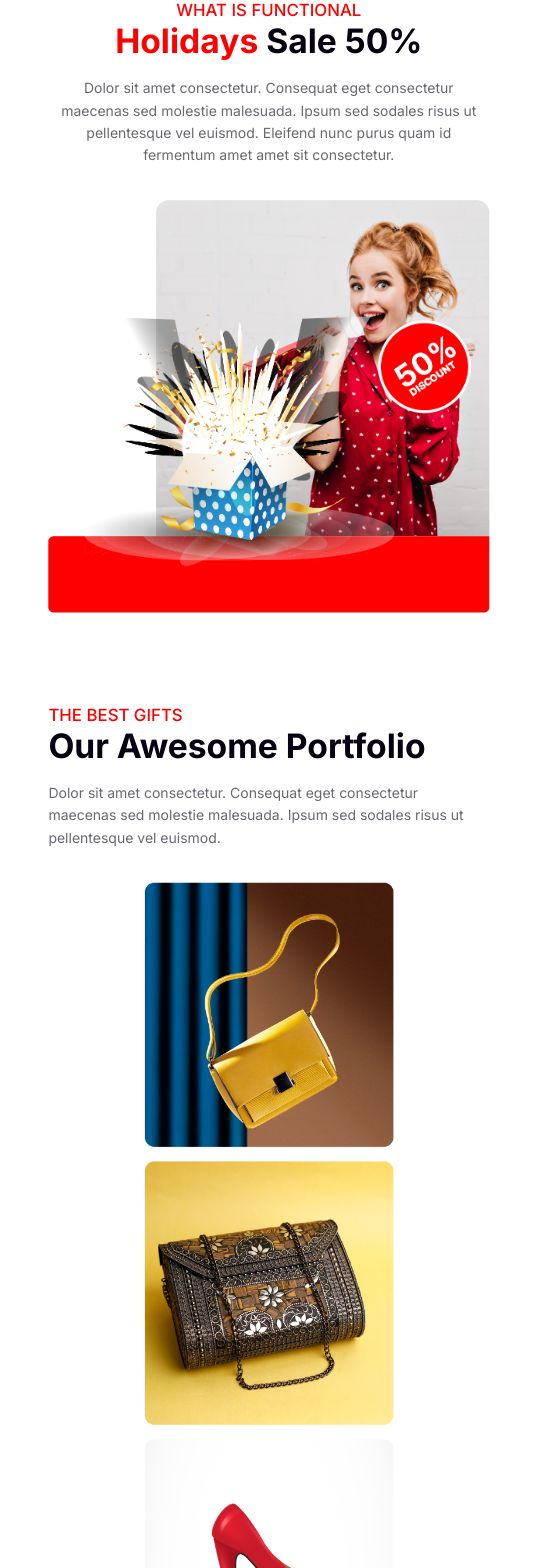
Repository: ShouravAhammed/simple-responsive-new-year
Page: index.html
These files come from the project's save history. The page is drawn as it stood at one moment and after the next save; the edit follows.
The browser window is 768 px wide. The pictures show the part of the page from y = 0 to 2240 px (the page is 5180 px tall before and 5500 px after), at 70% of full size.

Above is the page before, as saved 2024-01-11 18:21:13.

### index.html
<!DOCTYPE html>
<html lang="en">
<head>
    <meta charset="UTF-8">
    <meta name="viewport" content="width=device-width, initial-scale=1.0">
    <!-- Title  -->
    <title>New Year 2024</title>
    <!-- favicon icon linked -->
    <link rel="shortcut icon" href="images/New Year Photo.png" type="image/x-icon">
    <!-- style css linked-->
    <link rel="stylesheet" href="Style/style.css">
</head>
<body>
    <!-- header part  -->
    <header class="hide">
        <!-- banner section part -->
        <section id="banner">
            <div class="container">
                <div class="banner-container">
                    <div class="banner-content">
                        <h3 class="celebration">Happy New Year</h3>
                        <h2 class="banner-title">New Year Party Celebration</h2>
                    </div>
                </div>
            </div>
        </section>
    </header>
    <!-- main part -->
    <main>
        <!-- categories section part  -->
            <section id="categories hide" class="hide">
                <div class="container">
                    <div class="categories-container">
                        <h2 class="categories-discount">65% OFF</h2>
                        <p class="primary-summery">OUR HOLIDAY DEALS ARE BETTER</p>
                        <h3 class="categories-title">ALL CATEGORIES</h3>
                        <div class="categories-img">
                            <img id="new-year-img" src="images/New Year Photo.png" alt="Happy New Year">
                        </div>
                    </div>
                </div>
            </section>

            <!-- party-banner section part -->
            <section id="party-banner" class="hide">
                <div class="container">
                    <div class="party-container">
                        <div class="party-content">
                            <h2 class="party-title">Welcome to midnight party</h2>
                            <p class="party-description">Dolor sit amet consectetur. Consequat eget consectetur maecenas sed molestie malesuada. Ipsum sed sodales risus ut pellentesque vel euismod. </p>
                            <button id="join-now-btn">JOIN NOW</button>
                        </div>
                        <img class="party-img" src="images/icon/Group 70.png" alt="party-img">
                    </div>
                </div>
            </section>
            <!-- Announce section part -->
            <section id="announce" class="hide">
                <div class="container">
                    <div class="announce-content">
                        <h4 class="announce-title"><span class="title-color">Place:</span> New Park Hotel</h4>
                        <h4 class="announce-title"><span class="title-color">Date:</span> 31 December Night 2023</h4>
                        <h4 class="announce-title"><span class="title-color">Time:</span> Evening 7.30 pm to 12.30 am</h4>
                        <button class="announce-btn">Join Now</button>
                    </div>
                </div>
            </section>
            <!-- best offer section part -->
            <section id="best-offer" class="hide">
                <div class="container">
                    <div class="best-offer-container">
                        <div class="best-offer-content">
                            <p class="primary-summery">NEW BEST OFFER</p>
                            <h3 class="similer-title">Coming Soon</h3>
                            <p class="similer-description">Dolor sit amet consectetur. Consequat eget consectetur maecenas sed molestie malesuada. Ipsum sed sodales risus ut pellentesque vel euismod. </p>
                        </div>
                        <div class="best-offer-img-content">

                                <img class="best-offer-img" src="images/Ellipse 1.png" alt="best-offer-images">

                        </div>
                        <div class="best-offer-year-content">
                            <h3 class="best-offer-year">2024</h3>
                            <p class="best-offer-description">Dolor sit amet consectetur. Consequat eget consectetur maecenas sed.</p>
                            <img class="best-offer-year-img" src="images/icon/Group 96.png" alt="best-offer-year-img">
                        </div>
                    </div>
                </div>
            </section>
            <!-- holiday section part  -->
            <section id="holiday">
                <div class="container">
                    <div class="holiday-container">
                        <div class="holiday-content">
                            <p class="primary-summery">WHAT IS FUNCTIONAL</p>
                        <h3 class="similer-title"><span class="title-color">Holidays</span> Sale 50%</h3>
                        <p class="similer-description">Dolor sit amet consectetur. Consequat eget consectetur maecenas sed molestie malesuada. Ipsum sed
                            sodales risus ut pellentesque vel euismod. Eleifend nunc purus quam id
                            fermentum amet amet sit consectetur.</p>
                        </div>
                        <div class="holiday-back-img">
                            <div class="holiday-gift-content">
                                <img src="images/icon/Group 75.png" alt="">
                            </div>
                            <div class="holiday-discount-content">
                                <img src="images/icon/Group 44.png" alt="">
                            </div>
                        </div>
                        <div class="holiday-bottom">
                            <img src="images/Rectangle 2.png" alt="">
                        </div>
                    </div>
                </div>
            </section>
            <!-- Portfolio section part -->

            <section id="portfolio">
                <div class="container">
                    <div class="portfolio-container">
                        <div class="portfolio-box">
                            <p class="primary-summery">THE BEST GIFTS</p>
                            <h3 class="similer-title">Our Awesome Portfolio</h3>
                            <p class="similer-description description-padd">Dolor sit amet consectetur. Consequat eget consectetur maecenas sed molestie malesuada. Ipsum sed sodales risus ut pellentesque vel euismod. </p>
                        </div>
                            <div class="portfolio-content">
                                <img class="portfolio-img" src="images/Portfolio images/Rectangle 3.png" alt="">
                                <img class="portfolio-img" src="images/Portfolio images/Rectangle 4.png" alt="">
                                <img class="portfolio-img" src="images/Portfolio images/Rectangle 5.png" alt="">
                            </div>
                            <div class="portfolio-content">
                                <img class="portfolio-img" src="images/Portfolio images/Rectangle 6.png" alt="">
                                <img class="portfolio-img" src="images/Portfolio images/Rectangle 7.png" alt="">
                                <img class="portfolio-img" src="images/Portfolio images/Rectangle 8.png" alt="">
                            </div>
                        </div>
                    </div>
            </section>
            <!-- newsletter section part -->
            <section id="newsletter">
                <div class="container">
                    <div class="news-container">
                        <div class="news-content">
                            <img src="images/icon/Group 61.png" alt="">
                            <h3 class="similer-title">Subscribe Newsletter</h3>
                            <p class="similer-description description-mar">Dolor sit amet consectetur. Consequat eget consectetur maecenas sed molestie malesuada. Ipsum sed sodales risus ut pellentesque vel euismod. </p>
                            <form class="form" action="">
                                <input type="email" placeholder="user@gmail.com" alt="email" id="">
                                <button class="subscribe-btn">Subscribe</button>
                            </form>
                        </div>

                    </div>
                </div>
            </section>
    </main>
    <!--  footer part -->
    <footer>
        <section id="footer">
            <div class="container">
                <div class="footer-describe-part line-color">
                    <div class="footer-address">
                        <p class="address-similer">44, Big Building Roosevelt Street</p>
                        <p class="address-similer">Beach Gardens Florida 33410</p>
                    </div>
                    <div class="footer-address">
                        <div class="call-icon">
                            <img src="images/icon/Call.png" alt="">
                            <a class="address-similer">+00 123 584 124</a>
                        </div>
                        <div class="website-icon">
                            <img src="images/icon/Website.png" alt="">
                            <a class="address-similer">www.website.com</a>
                        </div>
                    </div>
                </div>

                <div class="footer-social line-color">
                    <a href=""><img src="images/icon/Facebook.png" alt=""></a>
                    <a href=""><img src="images/icon/Instagram.png" alt=""></a>
                    <a href=""><img src="images/icon/Twitter.png" alt=""></a>
                    <a href=""><img src="images/icon/Linkedin.png" alt=""></a>
                </div>

                <div class="reserved">
                    <p>2017, All Rights Reserved.</p>
                    <p>Unsubscribe</p>
                </div>
            </div>
        </section>
    </footer>
</body>
</html>

### Style/style.css
/* import google fonts */
@import url('https://fonts.googleapis.com/css2?family=Inter:wght@100;200;300;400;500;600;700;800;900&family=Merriweather:ital,wght@0,300;0,400;0,700;0,900;1,300;1,400;1,700;1,900&display=swap');

*{
    margin: 0;
    padding: 0;
    outline: 0;
}

.container{
    width: 82%;
    margin: 0 auto;
}
/* primary content */
.primary-summery{
    font-family: Inter;
    font-size: 24px;
    font-style: normal;
    font-weight: 500;
    color: #F00;
    line-height: normal;
}
/* title-color */
.title-color{
    color: #F00;
}
/* banner section related css style */
#banner{
    margin-top: 30px;
}
.banner-container{
    background-image: linear-gradient(180deg, #070211 0%, rgba(7, 2, 17, 0.00) 100%), url(../images/Banner\ Image.png);
    background-size: cover;
    background-repeat: no-repeat;
    background-position: center;
    border-radius: 16px;
    padding: 177px 0px;
}
.banner-container .banner-content{
    width: 632px;
    margin: 0 auto;
}
.banner-container .banner-content .celebration{
    color: #FFF;
    text-align: center;
    font-family: Merriweather;
    font-size: 32px;
    font-style: normal;
    font-weight: 400;
    line-height: normal;
    margin-bottom: 16px;
    z-index: 99;
}
.banner-container .banner-content .banner-title{
    color: #FFF;
    text-align: center;
    font-family: Merriweather;
    font-size: 72px;
    font-style: normal;
    font-weight: 900;
    line-height: 95px;
}
/* categories section related css style */

#categories{
    margin: 120px 0px;
}
.categories-container{
    text-align: center;
}
.categories-container .categories-discount{
    font-family: Inter;
    font-size: 88px;
    font-style: normal;
    font-weight: 700;
    color: #F00;
    line-height: normal;
    margin-bottom: 48px;
}

.categories-title{
    font-family: Inter;
    font-size: 48px;
    font-style: normal;
    font-weight: 700;
    color: #070211;
    line-height: normal;
    margin-bottom: 48px;
}
.categories-container .categories-img{
    width: 800px;
    margin: 0 auto;
}
.categories-img #new-year-img{
    max-width: 100%;
}

/* party-banner section css style  */
#party-banner{

}
.party-container{
    background-image: linear-gradient(90deg, #070211 0%, rgba(7, 2, 17, 0.00) 100%), url(../images/Vectorrr.png);
    background-position: center;
    background-repeat: no-repeat;
    background-size: cover;
    display: flex;
    align-items: center;
    justify-content: space-between;
    border-radius: 16px;
    padding: 70px 70px;
}
.party-container .party-content{
    width: 900px;
}
.party-content .party-title{
    font-family: Merriweather;
    font-size: 64px;
    font-style: normal;
    font-weight: 900;
    color: #FFF;
    line-height: 88px;
    letter-spacing: 3px;
}
.party-content .party-description{
    font-family: Inter;
    font-size: 18px;
    font-style: normal;
    font-weight: 400;
    color: rgba(255, 255, 255, 0.80);
    line-height: 30px;
    margin-top: 20px;
}
#join-now-btn{
    font-family: Inter;
    font-size: 20px;
    font-style: normal;
    font-weight: 700;
    color: #FFF;
    background: transparent;
    line-height: normal;
    text-transform: uppercase;
    border: none;
    cursor: pointer;
    margin-top: 48px;
    margin-left: 32px;
}
.party-container .party-img{
    width: 270px;
    max-width: 100%;
}

/* Announce section css style */

#announce{
    margin: 120px 0px;
}
.announce-content{
    background: linear-gradient(180deg, rgba(255, 0, 0, 0.10) 0%, rgba(255, 0, 0, 0.00) 100%);
    padding: 100px 0;
    text-align: center;
}
.announce-content .announce-title{
    color: #070211;
    font-family: Inter;
    font-size: 32px;
    font-style: normal;
    font-weight: 600;
    line-height: 56px;
    text-transform: capitalize;
}
.announce-btn{
    font-family: Inter;
    font-size: 20px;
    font-style: normal;
    font-weight: 700;
    line-height: normal;
    color: #FFF;
    text-align: center;
    text-transform: uppercase;
    border-radius: 8px;
    background: #F00;
    padding: 16px 32px;
    border: none;
    cursor: pointer;
    transition: all ease 0.5s;
    margin-top: 48px;
}
.announce-btn:hover{
    background: #fff;
    color: #f00;
    outline: 1px solid #F00;
}
/* best-offer section style css */
#best-offer{
    margin-bottom: 128px;
}
.similer-title{
    font-family: Inter;
    font-size: 48px;
    font-style: normal;
    font-weight: 700;
    color: #070211;
    line-height: normal;
}
.similer-description{
    font-family: Inter;
    font-size: 20px;
    font-style: normal;
    font-weight: 400;
    color: rgba(7, 2, 17, 0.60);
    line-height: 32px;
    margin-top: 22px;
}
.best-offer-container{
    display: flex;
    align-items: center;
    gap: 20px;
}
.best-offer-content{
    width: 700px;
}
.best-offer-img-content{
    min-height: 350px;
    min-width: 350px;
    border: 15px solid #f00;
    border-radius: 50%;
    position: relative;
    position: relative;
}
.best-offer-img-content .best-offer-img{
    position: absolute;
    width: 270px;
    inset: 41px;
}
.best-offer-year-content .best-offer-year{
    font-family: Inter;
    font-size: 48px;
    font-style: normal;
    font-weight: 700;
    color: #F00;
    line-height: normal;
    margin-top: 65px;
}
.best-offer-year-content .best-offer-description{
    margin-top: 10px !important;

}
.best-offer-year-content{
    width: 500px;
}
.best-offer-year-content .best-offer-year-img{
    max-width: 140px;
    margin-top: 38px;
}


/*  portfolio section css style */
.portfolio-container{

}
.portfolio-container .description-padd{
    margin-bottom: 48px ;
}
.portfolio-container .portfolio-content{
    display: flex;
    align-items: center;
    justify-content: space-between;
    margin-top: 20px;
}
.portfolio-box{
    width: 896px;
}
.portfolio-container .portfolio-content .portfolio-img{
    max-width: 355px;
    transition: all ease 0.5s;
}
.portfolio-content .portfolio-img:hover{
    filter: grayscale(1);
    transform: scale(1.05);
}
/* newsletter section css style  */
#newsletter{
    margin: 128px 0px;
}
.news-container{
    border-radius: 16px;
    background: rgba(255, 0, 0, 0.05);
    padding: 80px 0px;
}
.news-content{
    width: 896px;
    margin: 0 auto;
    text-align: center;
}
.news-content img{
    width: 150px;
    height: 150px;
}
.form{
    width: 648px;
    height: 72px;
    display: flex;
    margin: 0 auto;
}
.form input{
    background: #fff;
    width: 438px;
    flex-grow: 1;
    color: rgba(7, 2, 17, 0.30);
    font-family: Inter;
    font-size: 18px;
    font-style: normal;
    font-weight: 400;
    line-height: normal;
    padding-top: 25px;
    padding-bottom: 25px;
    padding-left: 30px;
    border: none;
    border-radius: 50px 0px 0px 50px;
    outline: 1px transparent;
    transition: all ease 0.5s;
}
.form input:hover{
    outline: 1px solid #f00;
}
.form .subscribe-btn{
    color: #FFF;
    font-family: Inter;
    font-size: 20px;
    font-style: normal;
    font-weight: 600;
    line-height: normal;
    text-transform: capitalize;
    border-radius: 0px 50px 50px 0px;
    background: #F00;
    padding: 24px 56px;
    border: none;
    transition: all ease 0.5s;
}
.form .subscribe-btn:hover{
    outline: 1px solid #f00;
    background: #fff;
    color: #f00;
}
.description-mar{
    margin-bottom: 48px;
}
/* footer section part css style */

#footer{
    background: #070211;
    padding: 120px 0;
}
.line-color{
    border-bottom: 1px solid rgba(255, 255, 255, 0.15);
}
.footer-describe-part{
    display: flex;
    justify-content: space-between;
}
.footer-address{
    margin-bottom: 50px;
}
.footer-address .address-similer {
    color: #FFF;
    font-family: Inter;
    font-size: 24px;
    font-style: normal;
    font-weight: 500;
    line-height: 40px;
    text-decoration: none;
    cursor: pointer;
}
.call-icon, .website-icon{
    display: flex;
    align-items: center;
}
.call-icon img, .website-icon img{
    width: 24px;
    margin-right: 15px;
}

.footer-social{
    text-align: center;
    padding: 48px 0;
}
.footer-social a{
    width: 64px;
    margin-right: 24px;
}
.footer-social a:hover{
    filter: grayscale(1);
}

.reserved{
    display: flex;
    justify-content: space-between;
    align-items: center;
    margin-top: 50px;
}
.reserved p{
    color: #FFF;
    font-family: Inter;
    font-size: 24px;
    font-style: normal;
    font-weight: 500;
    line-height: normal;
}



/* holiday section css style */
#holiday{
    margin-bottom: 128px;
}
.holiday-container{
    text-align: center;
}
.holiday-container .holiday-content{
    width: 920px;
    margin: 0 auto;
}
.holiday-back-img{
    display: flex;
    align-items: center;
    margin-top: 48px;
    background-image: url(../images/Rectangle\ 1.png);
    background-repeat: no-repeat;
    background-size: contain;
    height: 60vh;
    background-position: bottom right;
}
.holiday-back-img .holiday-gift-content {
    width: 600px;
    position: relative;
    bottom: -110px;
    left: 50px;
}
.holiday-back-img .holiday-gift-content img{
    max-width: 100%;
}
.holiday-back-img .holiday-discount-content{
    width: 250px;
}
.holiday-back-img .holiday-discount-content img{
    max-width: 100%;
}
.holiday-bottom img{
    width: 100%;
}


/* responsive */
.hide{
    display: none;
}
@media screen and (max-width: 576px){
    .similer-description {
        padding: 0px 10px;
    }
    .news-content, .portfolio-box, .form, .form input {
        width:  100%;
    }
    .form .subscribe-btn {
        padding: 24px 20px;
    }
    .best-offer-container, .best-offer-container, .portfolio-container .portfolio-content, .footer-describe-part {
        flex-direction: column;
    }
    .footer-social a {
        margin-right: 10px;
    }
    .reserved {
        margin-top: 50px;
        flex-direction: column;
    }
    .portfolio-container .portfolio-content .portfolio-img {
        width: 100%;
    }
    .portfolio-container .portfolio-content {
        gap: 20px;
    }
    .holiday-container .holiday-content {
        width: 100%;
    }
    .holiday-back-img {
        height: 38vh;
    }
    .best-offer-content, .best-offer-year-content {
        width: 100%;
    }
    .announce-content {
        padding: 40px 0;
    }
    .announce-content .announce-title {
        font-size: 18px;
        font-weight: 600;
    }
    .party-container .party-content {
        width: 100%;
    }
    .party-container {
        flex-direction: column;
        padding: 30px 15px;
    }
    .party-container {
        background-position: 85%;
    }
    .party-content .party-title {
        font-size: 32px;
        line-height: 45px;
    }
    #join-now-btn {
        margin-top: 20px;
    }
    .party-container .party-img {
        width: 50%;
        margin-top: 40px;
    }


    .primary-summery {
        font-size: 20px;
    }
    .categories-title {
        font-size: 39px;
    }
    .categories-container .categories-discount {
        font-size: 56px;
        margin-bottom: 12px;
    }
    .categories-container .categories-img {
        width: 100%;
    }
    .categories-img #new-year-img {
        width: 100%;
    }
    .banner-container .banner-content {
        width: 100%;
    }
    .banner-container {
        background-position: 13%;
        border-radius: 16px;
        padding: 120px 0px;
    }
    .banner-container .banner-content .banner-title {
        font-size: 40px;
        line-height: 60px;
    }

}

@media screen and (min-width: 577px) and (max-width: 768px) {




    .best-offer-container, .best-offer-container, .portfolio-container .portfolio-content {
        flex-direction: column;
    }

    .portfolio-container .portfolio-content {
        flex-direction: column;
        gap: 20px;
    }
    .news-content, .portfolio-box, .form, .form input {
        width:  100%;
    }
    .holiday-container .holiday-content {
        width: 100%;
    }
    .holiday-container .holiday-content {
        width: 100%;
    }
    .portfolio-container .portfolio-content .portfolio-img {
        width: 100%;
    }
    .best-offer-content, .best-offer-year-content {
        width: 100%;
    }
    .party-container .party-content {
        width: 100%;
    }
    .categories-container .categories-img {
        width: 100%;
    }
    .categories-img #new-year-img {
        width: 100%;
    }
    .banner-container .banner-content {
        width: 100%;
    }
    .news-container {
        border-radius: 16px;
        background: rgba(255, 0, 0, 0.05);
        padding: 50px 35px;
    }
    .footer-describe-part {
        flex-direction: column;
    }
}
@media screen and (min-width: 769px) and (max-width: 992px){
    .news-content, .portfolio-box, .form, .form input {
        width:  100%;
    }
    .holiday-container .holiday-content {
        width: 100%;
    }
    .holiday-container .holiday-content {
        width: 100%;
    }
    .portfolio-container .portfolio-content .portfolio-img {
        width: 100%;
    }
    .best-offer-content, .best-offer-year-content {
        width: 100%;
    }
    .party-container .party-content {
        width: 100%;
    }
    .categories-container .categories-img {
        width: 100%;
    }
    .categories-img #new-year-img {
        width: 100%;
    }
    .banner-container .banner-content {
        width: 100%;
    }
    .portfolio-container .portfolio-content {
        gap: 20px;
        flex-wrap: wrap;
        flex-direction: column;
    }
    .news-container {
        padding: 80px 30px;
    }

}

After the next save:
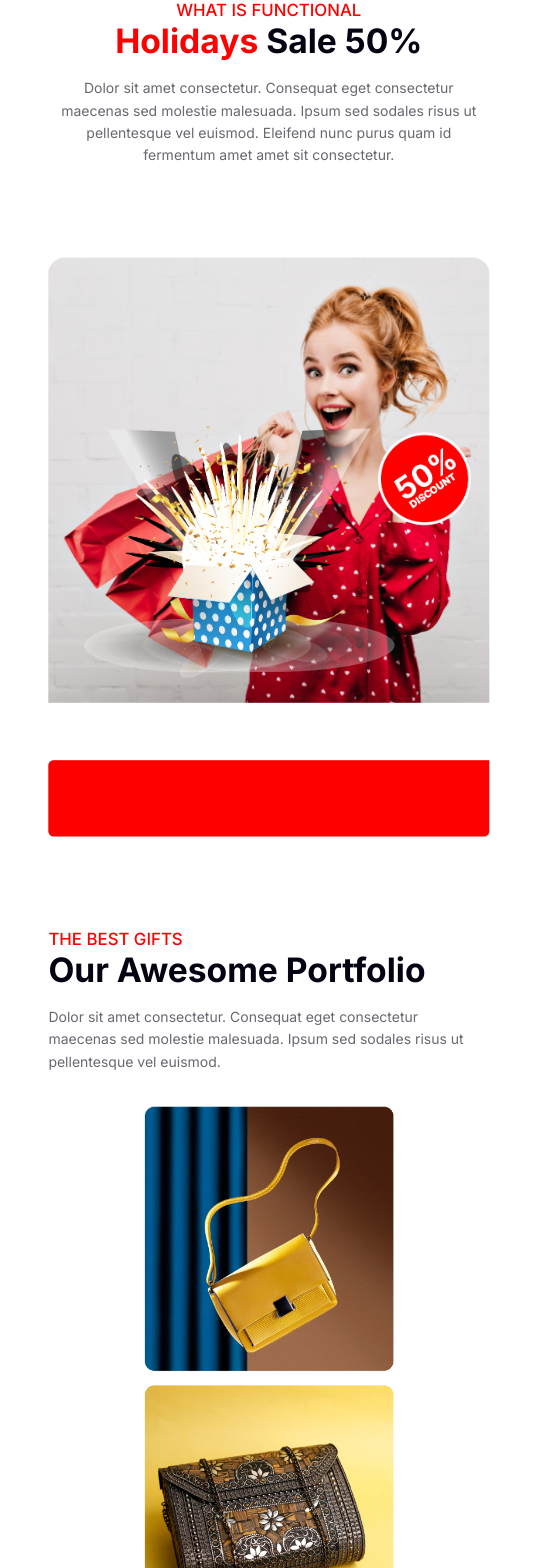
Saved 5 min 54 s later.
--- a/Style/style.css
+++ b/Style/style.css
@@ -555,7 +555,11 @@
 
 
 
-
+    .holiday-back-img {
+        margin-top: 48px;
+        height: 100vh;
+        background-position: center;
+    }
     .best-offer-container, .best-offer-container, .portfolio-container .portfolio-content {
         flex-direction: column;
     }
